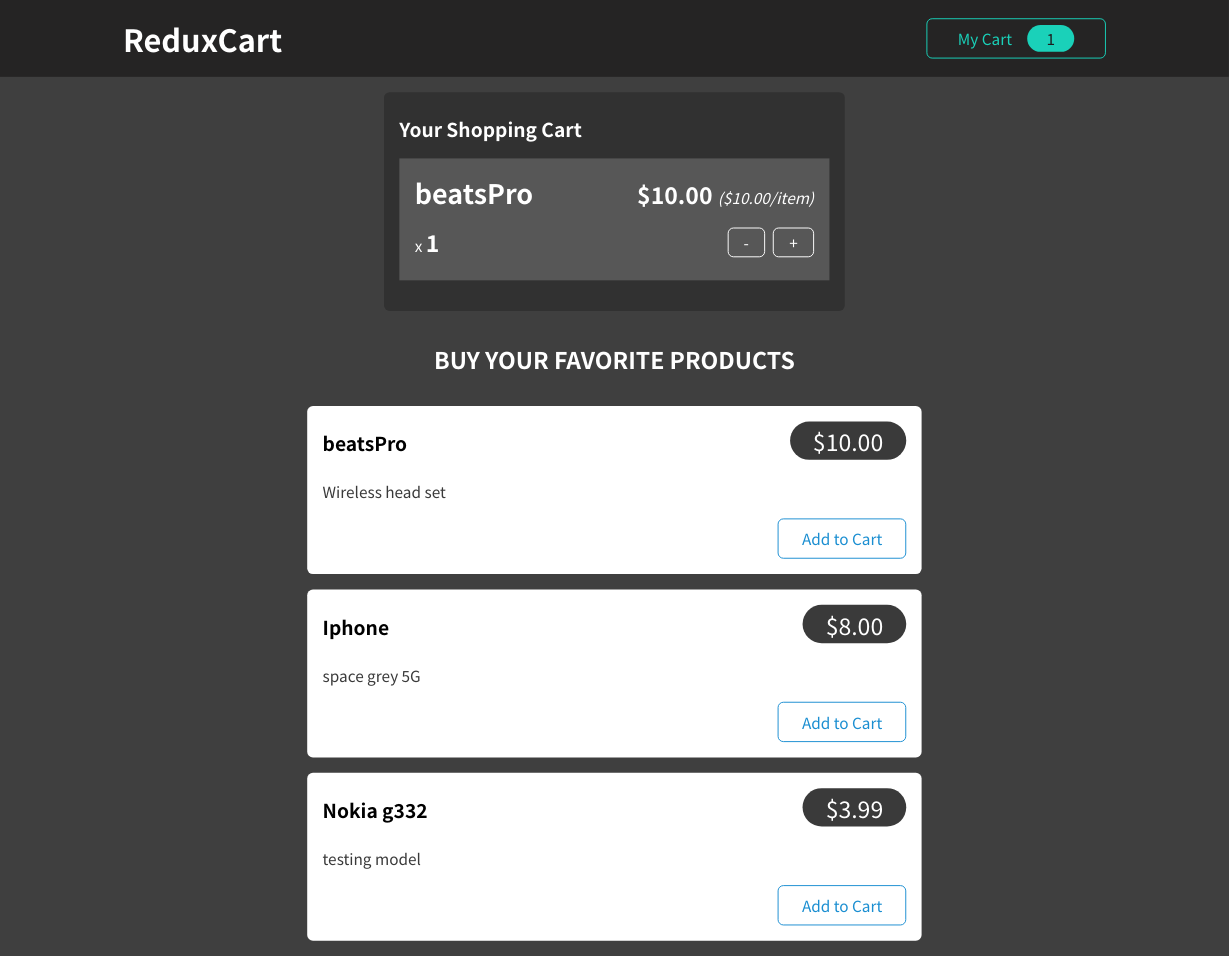
Repository: NamalPathirana/Redux-two-async
Page: /
The author's editor kept a copy of each file at every save. The page is drawn from the files as they stood at one save, then again after the next save.
The browser window is 1280 px wide. The pictures show the whole page, at 96% of full size.
The project was rebuilt for these pictures with package versions that can differ from the ones it lists, and the page was loaded fresh each time.

Above is the page before, as saved 2022-04-13 17:03:04.

After the next save:
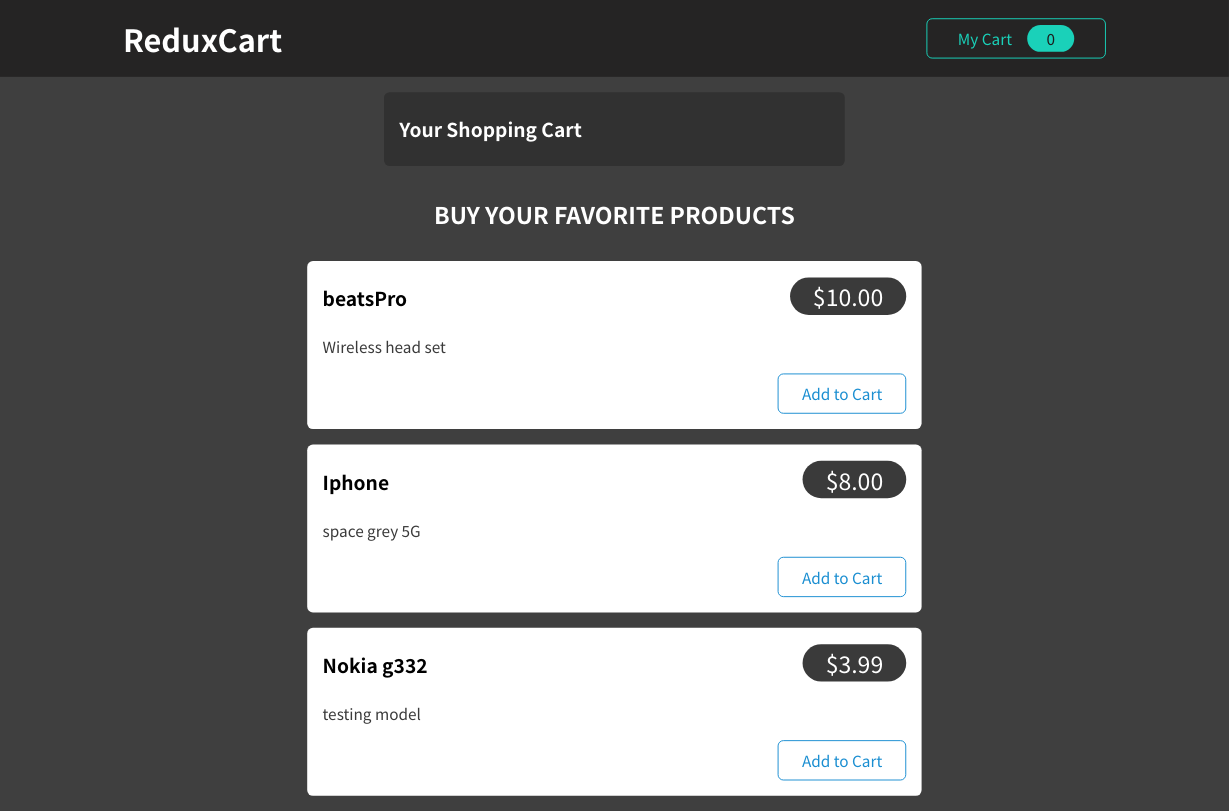
Saved 98 s later.
--- a/src/components/Shop/Products.js
+++ b/src/components/Shop/Products.js
@@ -8,17 +8,7 @@
   const dispatch = useDispatch();
 
   useEffect(() => {
-    dispatch(
-      cartActions.addItemToCart({
-        item: {
-          id: 1,
-          name: "beatsPro",
-          description: "Wireless head set",
-          quantity: 1,
-          price: 10,
-        },
-      })
-    );
+
   }, [dispatch]);
 
   const cartItems = useSelector((state) => state.cart.items);
@@ -45,7 +35,17 @@
   ];
 
   const onClickHandler = () => {
-
+    dispatch(
+      cartActions.addItemToCart({
+        item: {
+          id: 1,
+          name: "beatsPro",
+          description: "Wireless head set",
+          quantity: 1,
+          price: 10,
+        },
+      })
+    );
   }
 
   return (
